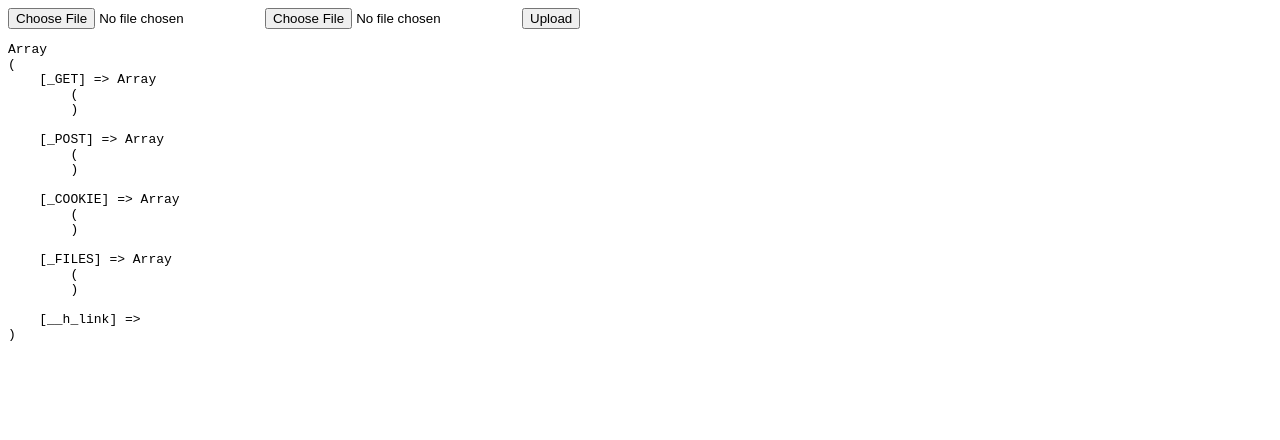
Repository: sara55m/File_Upload
Page: http://localhost/form2.php
The author's editor kept a copy of each file at every save. The page is drawn from the files as they stood at one save, then again after the next save.
The browser window is 1280 px wide. The pictures show the whole page.
The page is run by PHP 8.4 with error messages shown; the project is at /var/www/html/.

Above is the page before, as saved 2024-09-02 04:22:17.

### form2.php
<!DOCTYPE html>
<html lang="en">
<head>
    <meta charset="UTF-8">
    <meta name="viewport" content="width=device-width, initial-scale=1.0">
    <title>File</title>
</head>
<body>
<form action="" method="post" enctype="multipart/form-data">

<input type="file" name="file0">
<input type="file" name="file1">
<input type="hidden" name="hd" value='upload'>
<input type="submit" name="submit" value="Upload">
</form>



<?php
require("my_func.php");

echo "<pre/>";

print_r($GLOBALS);
if($_POST){
    echo "<pre/>";
    print_r($_FILES);
    for($i=0;$i<count($_FILES);$i++){
    $mes=my_func($_FILES['file'.$i],3000,["png","gif","jpg","jpeg"],"uploads2/",$_GET['lang']);
    echo $mes[$_GET['lang']]."  ".$mes['file']."<br>";
    sleep(1);
    }

}

    ?>
<!--<form action="" method="post">
<input type="submit" name="delete" value="Delete">
</form>-->
<?php
//require("delete_func.php");
//if(isset($_POST['delete'])){
    //$delete=delete_func()
  //  echo "delete";

//}

?>
</body>
</html>

### my_func.php
<?php
//$file=$_FILES["file"]
function my_func($file,$size,$exts,$path,$lang){
    $ext=explode(".",$file["name"]);
    $ext=end($ext);
    $ext=strtolower($ext);
    $size_limit=$size*1024;
    if($file['size']<=$size_limit){
        if(in_array($ext,$exts)){
            if(file_exists($path)){
                $name=time().".".$ext;
                move_uploaded_file($file["tmp_name"],$path.$name);
                $message["en"]= "File Uploaded Successfully";
                $message["ar"]= "تم رفع الملف بنجاح";
                $message['file']= $name;
            }else{
                $message["en"]="Upload folder not found";
                $message["ar"]="المجلد غير موجود";
            }
        }else{
            $message["en"]="This file extension is not supported";
            $message["ar"]="هذا الامتداد غير مدعوم";
        }
    }else{
        $message["en"]="This file is too big";
        $message["ar"]="اللمف كبير للغاية";
    }
    return $message;
}
?>

After the next save:
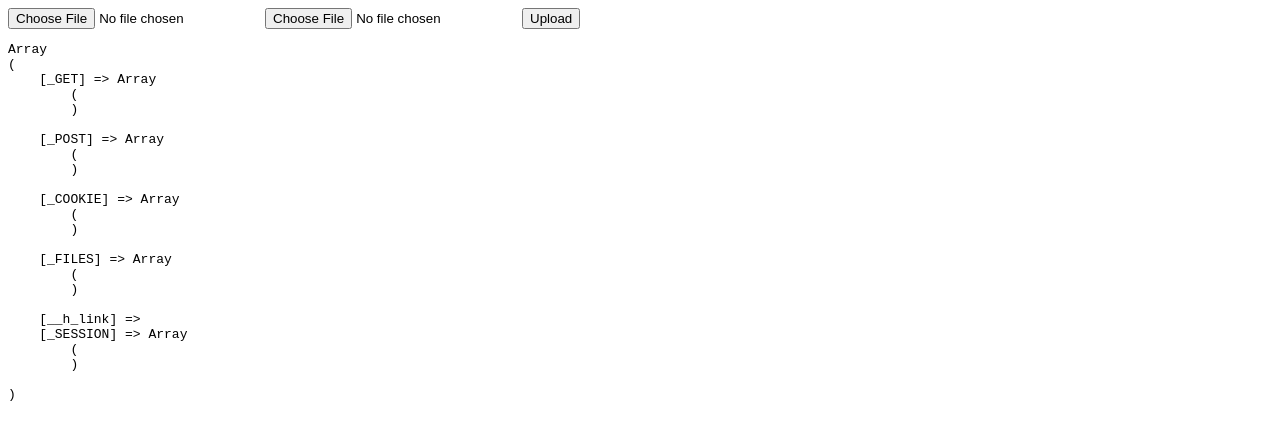
Saved 5 min 54 s later.
--- a/form2.php
+++ b/form2.php
@@ -17,6 +17,7 @@
 
 
 <?php
+session_start();
 require("my_func.php");
 
 echo "<pre/>";
